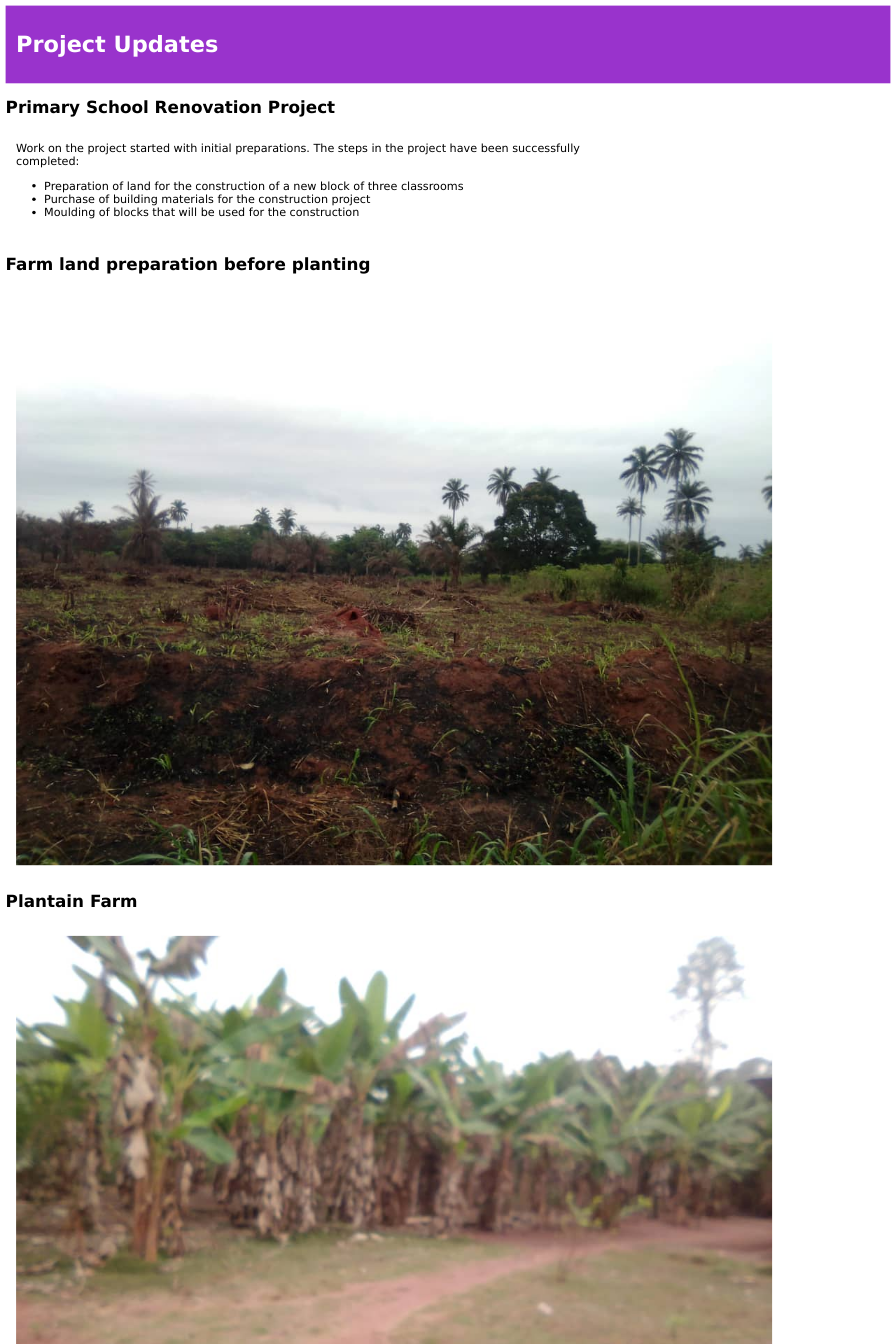
Repository: OtasowieRotimiOsifo/oheze-naka-forum
Page: projects_update_info.html
These files come from the project's save history. The page is drawn as it stood at one moment and after the next save; the edit follows.
The browser window is 1280 px wide. The pictures show the part of the page from y = 0 to 1920 px (the page is 7638 px tall before and 7619 px after), at 70% of full size.

Above is the page before, as saved 2021-07-23 23:27:53.

After the next save:
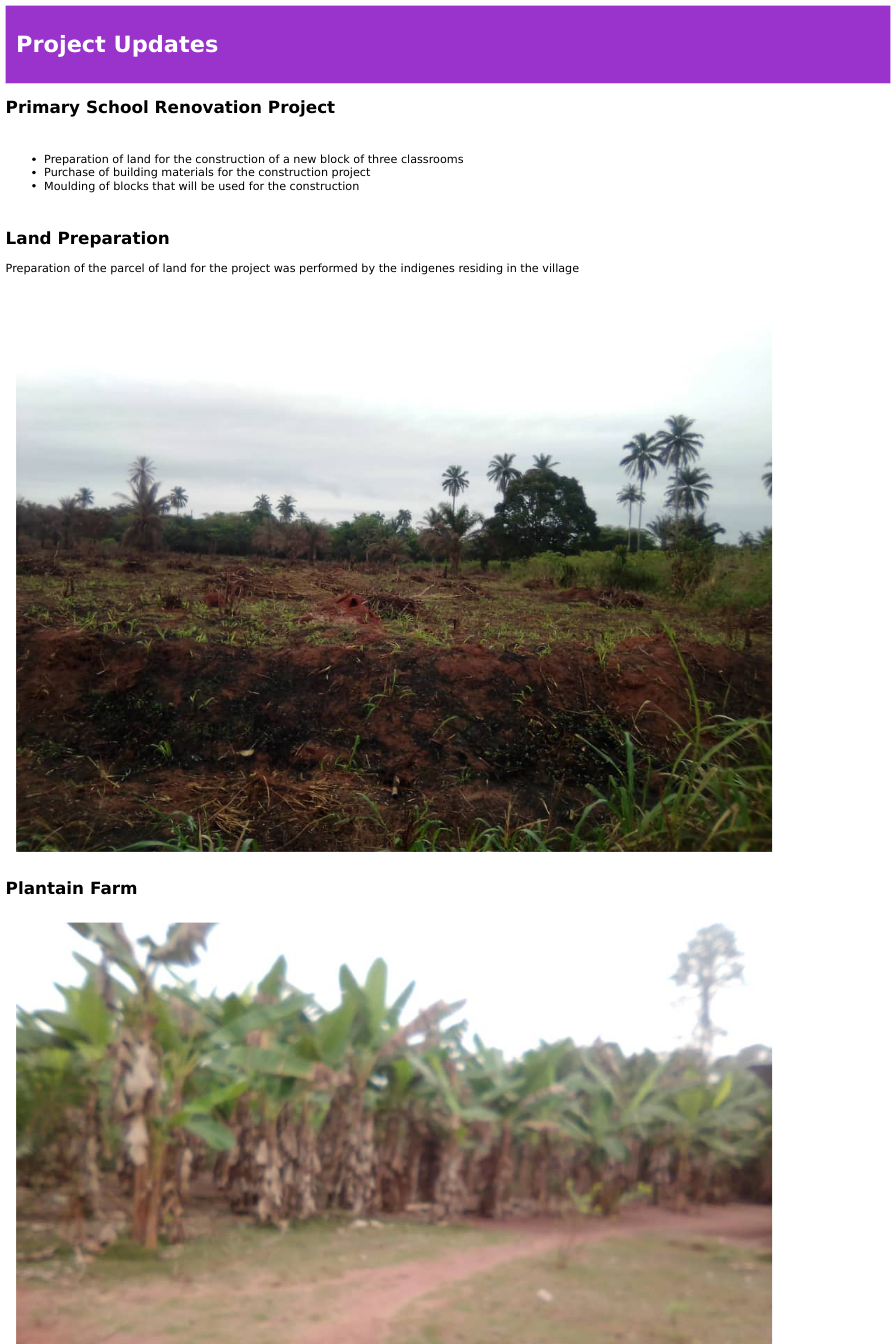
Saved 3 min 32 s later.
--- a/projects_update_info.html
+++ b/projects_update_info.html
@@ -110,7 +110,7 @@ html {
 <div class="row">
   <h2>Primary School Renovation Project</h2>
   <div class="col-8 col-s-9">
-      <span>Work on the project started with initial preparations. The steps in the project have been successfully completed:</span>
+
       <ul>
         <li>Preparation of land for the construction of a new block of three classrooms</li>
         <li>Purchase of building materials for the construction project</li>
@@ -119,7 +119,8 @@ html {
     </div>
   </div>
   <div class="row">
-    <h2>Farm land preparation before planting </h2>
+    <h2>Land Preparation</h2>
+    <span>Preparation of the parcel of land for the project was performed by the indigenes residing in the village</span>
     <div  class="col-12 col-s-12">
       <img src="img/farm-land-preparation.jpeg"/>
   </div>
